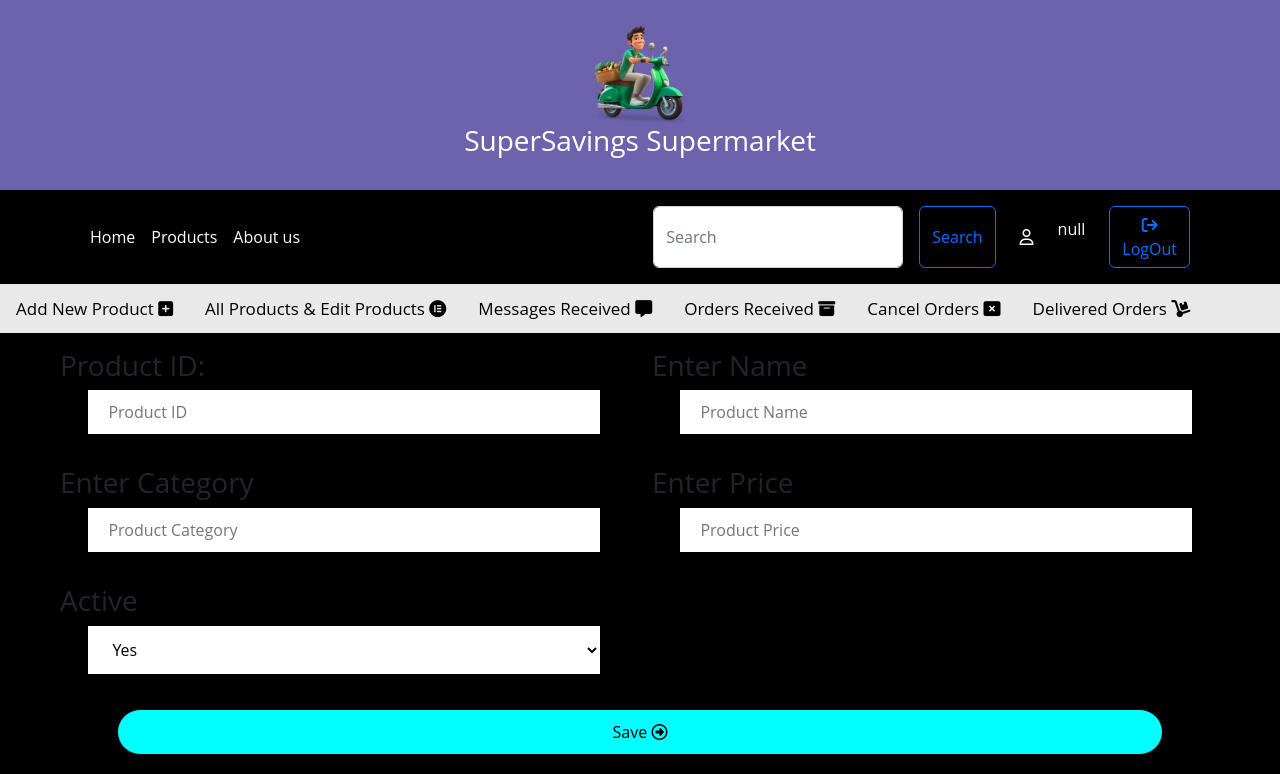
Repository: Raviraj39/SuperSaving-Online-Supermarket-Website
Page: http://localhost/Super_market/AddNewProduct.jsp
An editor plug-in stored every save of this project. The page is shown before and after the next save, followed by the edit.
The browser window is 1280 px wide. The pictures show the whole page.
The page is served by Tomcat 9.

Above is the page before, as saved 2023-12-29 13:14:53.

After the next save:
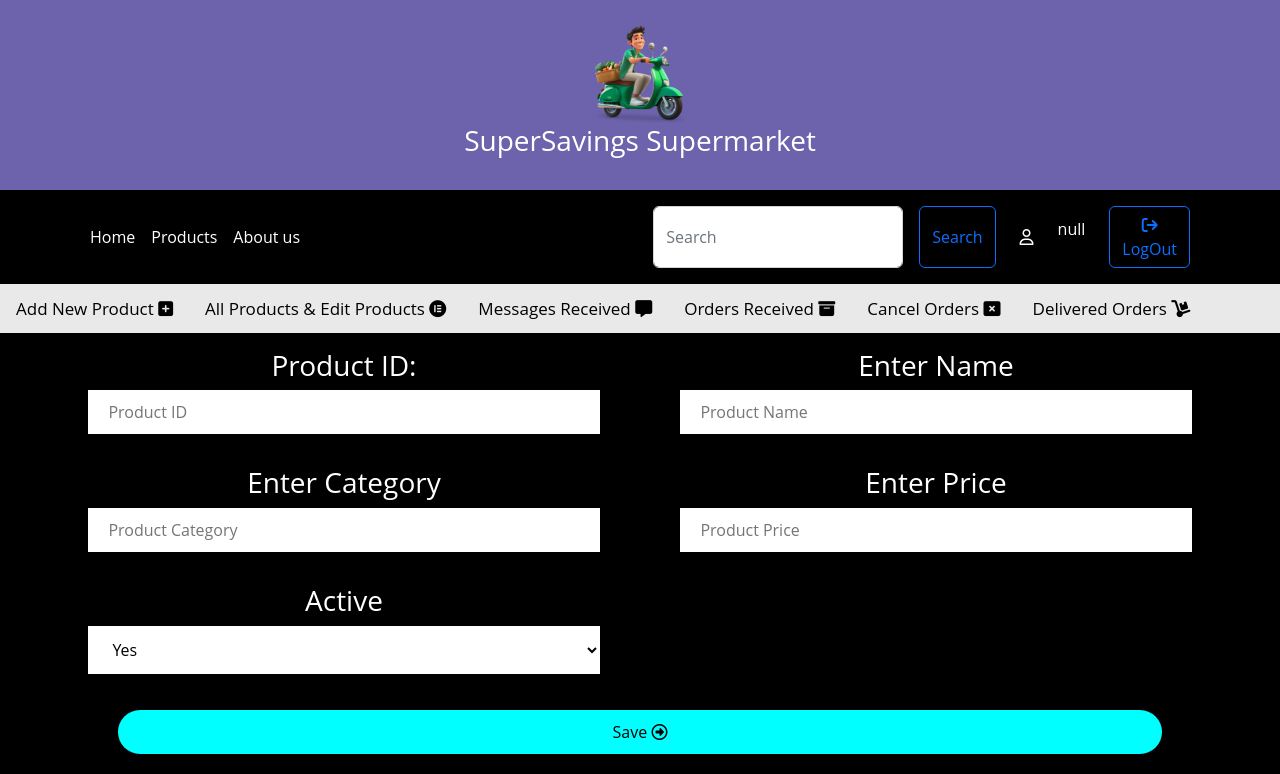
Saved 10 min 17 s later.
--- a/Super_market/src/main/webapp/css/addproduct.css
+++ b/Super_market/src/main/webapp/css/addproduct.css
@@ -159,7 +159,7 @@ hr
 	width: 90%
 }
 
-{
+h3{
 	text-align: center;
 	color:white;
 }
